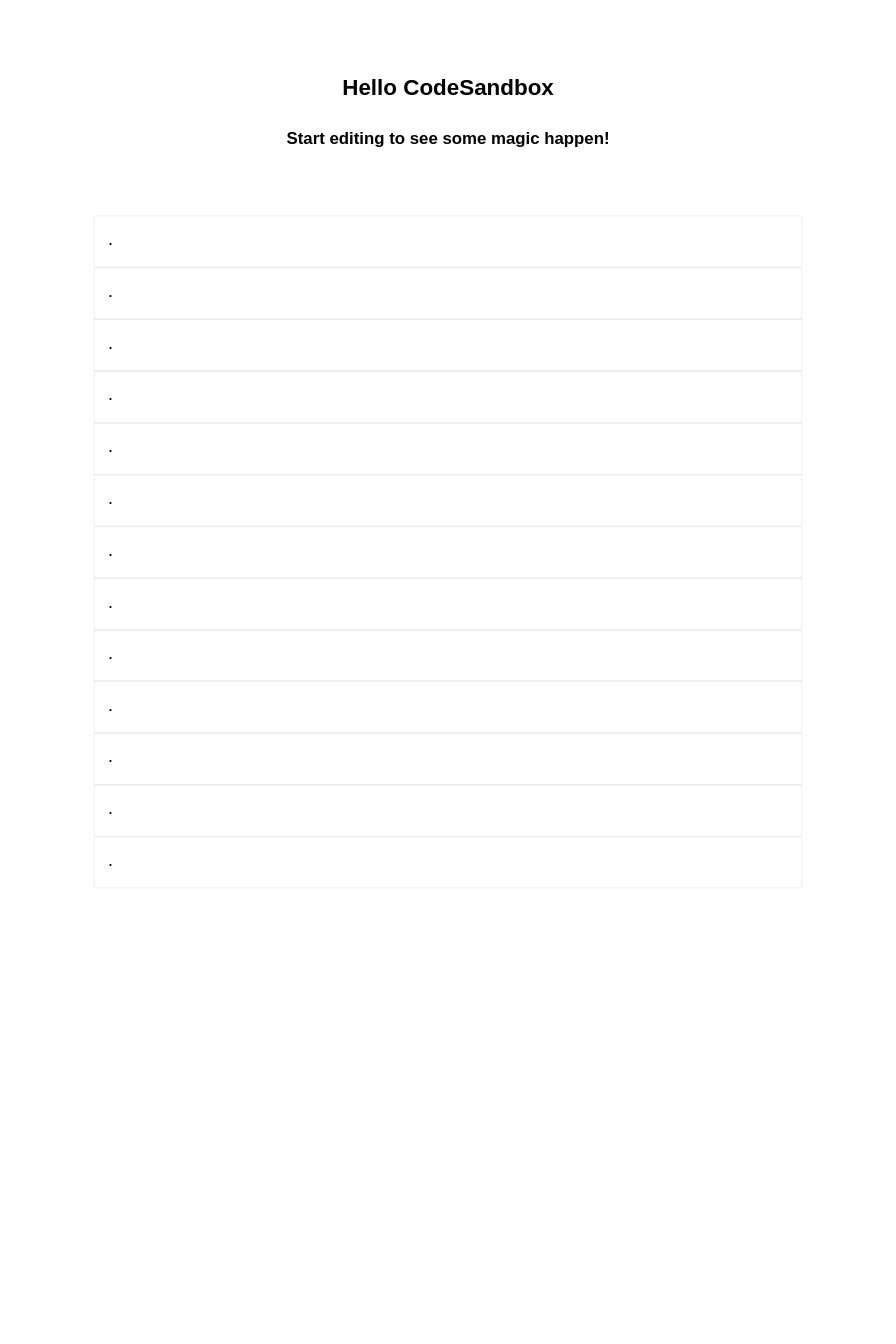
Repository: yuwanlin/react-virtuallist
Page: /
The author's editor kept a copy of each file at every save. The page is drawn from the files as they stood at one save, then again after the next save.
The browser window is 1280 px wide. The pictures show the part of the page from y = 0 to 1920 px (the page is 5597 px tall before and 6182 px after), at 70% of full size.
The project was rebuilt for these pictures with package versions that can differ from the ones it lists, and the page was loaded fresh each time.

Above is the page before, as saved 2019-09-23 22:29:39.

### src/index.tsx
import React, { useState, useEffect } from 'react'
import { render } from 'react-dom'

import './styles.css'
import VirtualList from './containers/virtual-list'
import { data } from './utils/data'
import ListItem from './component/list-item/index';

function App() {
  const [list, setList] = useState([]);
  useEffect(() => {
    setList(data.list);
  }, [])

  console.log('list', list)
  return (
    <div className="App">
      <div className={'hello'}>
        <h1>Hello CodeSandbox</h1>
        <h2>Start editing to see some magic happen!</h2>
      </div>

      <VirtualList
        list={list}
        numberOfContainer={10}
        minHeight={80}
      >
        {
          (props: any) => {
            const {id, title, content, index, handleCalculatePosition} = props;
            return <ListItem
              key={id}
              title={title}
              content={content}
              index={index}
              id={id}
              onCalculatePosition={handleCalculatePosition}
            />
          }
        }
      </VirtualList>
    </div>
  )
}

const rootElement = document.getElementById('root')
render(<App/>, rootElement)

### src/containers/virtual-list/index.tsx
import React, { useEffect, useRef, useState } from 'react'

interface VirtualListProps {
  beforeBufferSize?: number
  afterBufferSize?: number
  list: any[]
  numberOfContainer: number
  children: (props: any) => React.ReactNode
  minHeight: number
}

interface ItemPosition {
  top: number
  bottom: number
  index: number
}

export interface ChildrenProps {
  item: any
  index: number,
  handleCalculatePosition: (node: HTMLElement, index: number) => void
}

const initialPosition = {
  top: 0,
  bottom: 0,
  index: 0,
}

function VirtualList(props: VirtualListProps) {
  const { beforeBufferSize = 3, afterBufferSize = 3, list = [], numberOfContainer = 10, children, minHeight } = props
  const [visibleList, setVisibleList] = useState<any[]>([])
  const itmesPositionRef = useRef<ItemPosition[]>([])
  const lastScrollItemPosition = useRef<ItemPosition>({ top: 0, bottom: 0, index: 0 })
  const lastScrollTopRef = useRef<number>(0)
  const startIndexRef = useRef<number> (0)
  const listBoxRef = useRef<HTMLDivElement | null>(null)
  // 前面缓存元素的最后一个，这是一个要注意点
  const lastBeforeBufferItemPosition = useRef<ItemPosition>(initialPosition);

  // visible list的paddingTop和paddingBottom
  // 在list总长度不变的情况下，要保持visible list的paddingTop +  height + paddingBottom不变，才可以滚动
  const listOffsetRef = useRef({
    startOffset: 0,
    endOffset: 0
  })

  useEffect(function init() {
    if(list.length === 0) {
      return;
    }
    // 当有多屏数据，当滚动的非常快的时候，比如滚动到页面底部后有一个updateVisibleList事件，在事件开始执行时list更新了
    // 那么这里也会有一个updateVisibleList，该事件先执行，数据是正确的。然后滚动到页面底部的updateVisibleList事件继续执行，数据是之前的数据。就有问题。
    // 使用setTimeout创建宏任务延迟执行，保证数据正确。
    setTimeout(() => {
      updateVisibleList();
    }, 0);
    window.addEventListener('scroll', handleScroll)

    return () => {
      window.removeEventListener('scroll', handleScroll)
    }
  }, [list.length])

  const getScrollTop = () => {
    return Math.max(document.body.scrollTop, document.documentElement.scrollTop, window.pageYOffset)
  }

  const handleScroll = () => {
    const scrollTop = getScrollTop();
    // 滚动条向下滚动
    if(scrollTop > lastScrollTopRef.current) {
      if(scrollTop > lastScrollItemPosition.current.bottom) {
        updateStartIndex(scrollTop);
        updateVisibleList();
        lastScrollTopRef.current = scrollTop;
      }
    }

    // 滚动条向上滚动
    if(scrollTop < lastScrollTopRef.current) {
      if(scrollTop < lastScrollItemPosition.current.top) {
        updateStartIndex(scrollTop);
        updateVisibleList();
        lastScrollTopRef.current = scrollTop;
      }
    }
  }

  const updateStartIndex = (scrollTop: number) => {
    const targetItemPosition: ItemPosition = itmesPositionRef.current.find(({ bottom }) => bottom > scrollTop)!
    if(!targetItemPosition) return
    lastScrollItemPosition.current = targetItemPosition;
    // 滚动的时候，可以确定lastScrollItemPosition，但是对于startIndex，要结合beforeBufferSize判断
    startIndexRef.current = targetItemPosition.index - beforeBufferSize >= 0 ? targetItemPosition.index - beforeBufferSize : 0;
  }

  const updateVisibleList = () => {
    let endIndex: number = startIndexRef.current + numberOfContainer + afterBufferSize;
    if(startIndexRef.current >= beforeBufferSize) {
      endIndex = endIndex + beforeBufferSize;
    }
    if(endIndex >= list.length) {
      endIndex = list.length;
    }

    let startOffset = 0, endOffset = 0;
    endOffset = (list.length - endIndex) * minHeight;

    // 滚动后更前列表前，最后一个元素的高度
    const position = itmesPositionRef.current.find(p => p.index === startIndexRef.current);
    if(position && itmesPositionRef.current[0]) {
      // itemspositionref.current可能将某一个元素添加了多次
      // 1. 只添加一次
      // 2. 遍历，找到index相等的，而不是找到index对应的元素
      startOffset = position.top - itmesPositionRef.current[0].top;
    }
    listOffsetRef.current = {
      startOffset,
      endOffset,
    }
    console.log('index是否相等：', position, startIndexRef.current, endIndex, list.length, itmesPositionRef.current.length)
    setVisibleList(list.slice(startIndexRef.current, endIndex));
  }

  const handleCalculatePosition = (node: HTMLElement, index: number) => {
    if(!node) return;
    const cachedPosition = itmesPositionRef.current!.find(position => position.index === index);
    if(cachedPosition) return;
    const { top, height } = node.getBoundingClientRect();
    const nodeOffsetY = top + getScrollTop();
    const position = {
      top: nodeOffsetY,
      bottom: nodeOffsetY + height,
      index
    }
    itmesPositionRef.current.push(position);
    if(index + 1 === beforeBufferSize) {
      lastBeforeBufferItemPosition.current = position;
    }
  }

  let top = listOffsetRef.current.startOffset;
  let bottom = 0; listOffsetRef.current.endOffset;
  top = top < 0 ? 0 : top;
  bottom = bottom < 0 ? 0 : bottom;


  if(list.length === 0) {
    return null;
  }

  return (
    <div
      style={{paddingTop: top + 'px', paddingBottom : listOffsetRef.current.endOffset + 'px'}}
      ref={listBoxRef}
    >
      {
        visibleList.map((item: any, index: number) => {
          return children!({
            item,
            index: startIndexRef.current + index,
            handleCalculatePosition
          })
        })
      }
    </div>
  )
}

export default VirtualList

### src/utils/data.ts
import Mock from 'mockjs'

export interface Item {
  id: number
  title: string
  content: string
}
export const data = Mock.mock({
  'list|60-100': [{
    'id|+1': 1,
    'title|2-5': '你好',
    'content|1-10': '这是content'
  }]
})

### src/component/list-item/index.tsx
import React, { useEffect, useRef, useLayoutEffect } from 'react'
import './style.css'

interface ListItemProps {
  title: string
  content: string
  onCalculatePosition: (node: HTMLElement, index: number) => void
  index: number
  id: number
}
function ListItem(props: ListItemProps) {
  const { onCalculatePosition, title, content, id, index } = props;
  const itemRef = useRef(null);
  useLayoutEffect(() => {
    itemRef.current && onCalculatePosition(itemRef.current!, index);
  }, [])
  return (
    <div className={'list-item'} ref={itemRef}>
      <h2 className={'title'}>{id}.{title}</h2>
      <h3 className={'content'}>{content}</h3>
    </div>
  )
}

export default ListItem

### src/component/list-item/style.css
.list-item {
    text-align: left;
    border: 1px solid #e7e7e7;
    padding: 10px 20px;
    width: 80%;
    margin: 0 auto 0;
    height: auto;
}

.title {
    font-size: 18px;
    color: #000;
}

.content {
    font-size: 16px;
    color: #333;
    text-indent: 2em;
    word-break: break-all;
}

Loaded but not shown: public/index.html (common file); src/styles.css (common file)

After the next save:
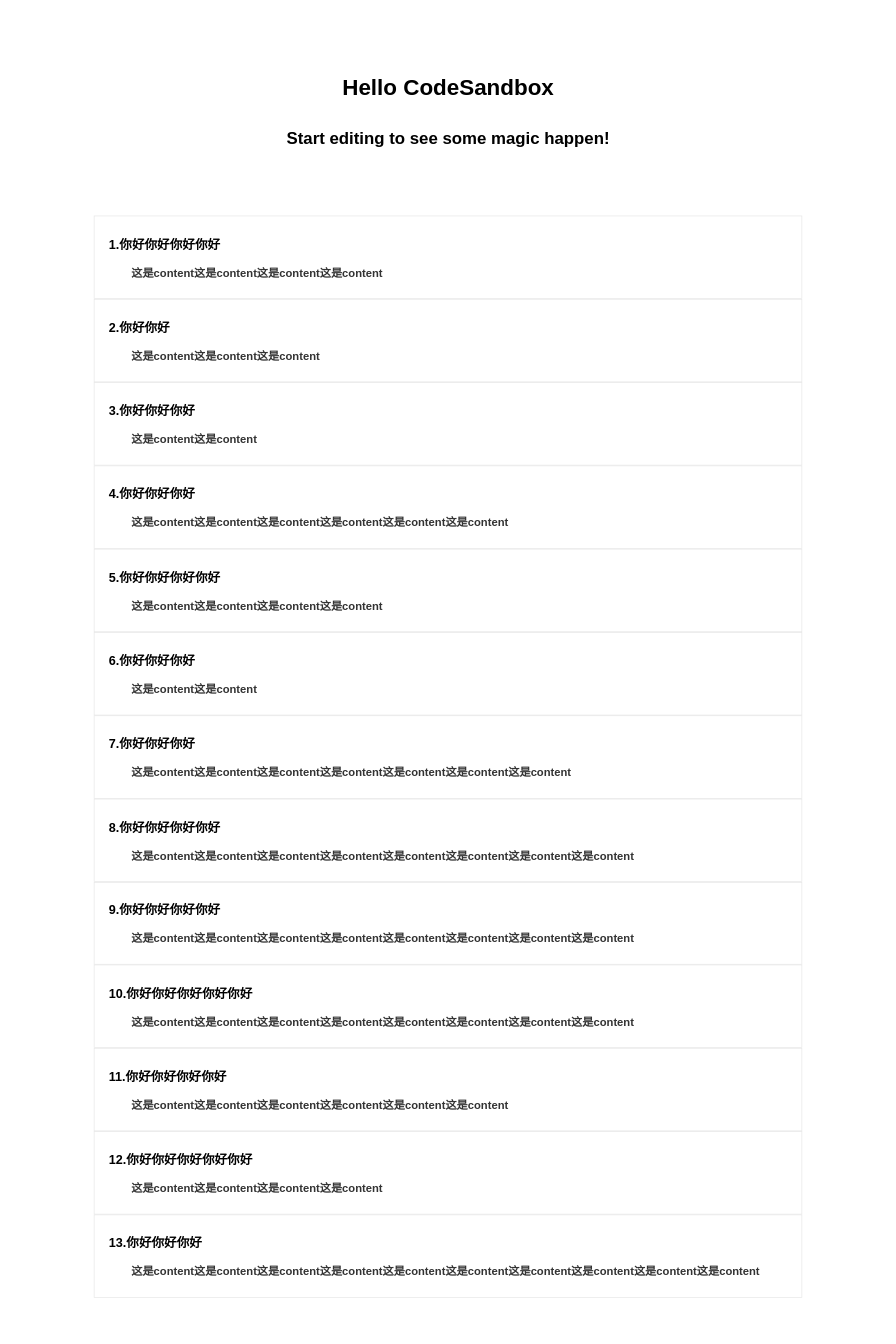
Saved 25 s later.
--- a/src/index.tsx
+++ b/src/index.tsx
@@ -27,7 +27,8 @@ function App() {
       >
         {
           (props: any) => {
-            const {id, title, content, index, handleCalculatePosition} = props;
+            const {item, index, handleCalculatePosition} = props;
+            const { id, title, content } = item;
             return <ListItem
               key={id}
               title={title}
